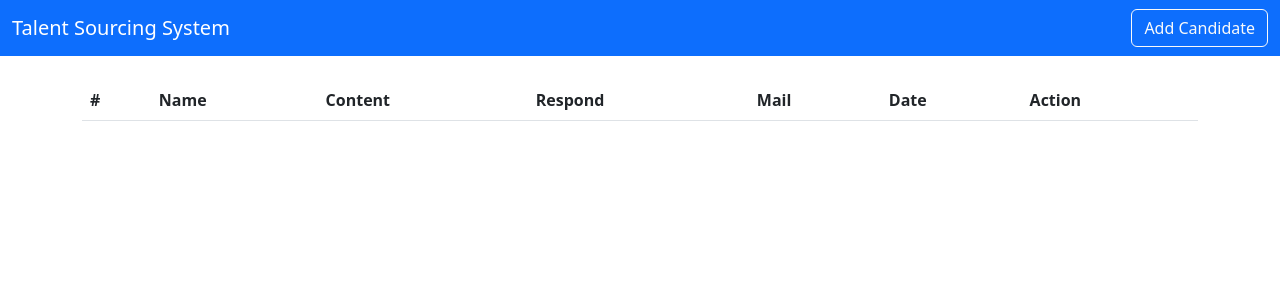
Repository: mfd10/talent-sourcing-system-frontend
Page: /
These files come from the project's save history. The page is drawn as it stood at one moment and after the next save; the edit follows.
The browser window is 1280 px wide. The pictures show the whole page.
The page's requests for data from a server got no answer. The project was rebuilt for these pictures with package versions that can differ from the ones it lists, and the page was loaded fresh each time. No one was signed in, and anything a server would have sent is missing. Also part of the build but not shown: src/users/AddCandidates.js.

Above is the page before, as saved 2022-11-12 16:24:17.

### src/index.js
import React from 'react';
import ReactDOM from 'react-dom/client';
import App from './App';
import reportWebVitals from './reportWebVitals';

const cors = require('cors');
const corsOptions ={
    origin:'http://localhost:3000',
    credentials:true,            //access-control-allow-credentials:true
    optionSuccessStatus:200
}

const root = ReactDOM.createRoot(document.getElementById('root'));
root.render(
  <React.StrictMode>
    <App />
  </React.StrictMode>
);

// If you want to start measuring performance in your app, pass a function
// to log results (for example: reportWebVitals(console.log))
// or send to an analytics endpoint. Learn more: https://bit.ly/CRA-vitals
reportWebVitals();
App.use(cors(corsOptions));

### src/App.js
import "../node_modules/bootstrap/dist/css/bootstrap.min.css";
import Navbar from "./layout/Navbar";
import Home from "./pages/Home";
import { BrowserRouter as Router, Routes, Route } from "react-router-dom";
import AddCandidates from "./users/AddCandidates";

function App() {
  return (
    <div className="App">
      <Router>
        <Navbar></Navbar>
        <Routes>
          <Route exact path="/" element={<Home /> }></Route>
          <Route exact path="/addcandidate" element={<AddCandidates /> }></Route>
        </Routes>
      </Router>
    </div>
  );
}

export default App;

### src/layout/Navbar.js
import React from "react";
import  { Link } from "react-router-dom";

export default function Navbar() {
  return (
    <div>
      <nav className="navbar navbar-expand-lg navbar-dark bg-primary">
        <div className="container-fluid">
          <a href="/#" className="navbar-brand" >
            Talent Sourcing System
          </a>
          <button
            className="navbar-toggler"
            type="button"
            data-bs-toggle="collapse"
            data-bs-target="#navbarSupportedContent"
            aria-controls="navbarSupportedContent"
            aria-expanded="false"
            aria-label="Toggle navigation"
          >
            <span className="navbar-toggler-icon"></span>
          </button>
          <Link className="btn btn-outline-light" to="/addcandidate">Add Candidate
          </Link>
        </div>
      </nav>
    </div>
  );
}

### src/pages/Home.js
import React, { useEffect, useState } from "react";
import axios from "axios";

export default function Home() {
  const [candidates, setCandidates] = useState([]);

  useEffect(() => {
    loadCandidates();
  },[]);

  const loadCandidates = async () => {
    const result = await axios.get("http://localhost:8080/candidate/candidates");
    setCandidates(result.data);
  };

  return (
    <div className="container">
      <div className="py-4">
        <table className="table table-striped ">
          <thead>
            <tr>
              <th scope="col">#</th>
              <th scope="col">Name</th>
              <th scope="col">Content</th>
              <th scope="col">Respond</th>
              <th scope="col">Mail</th>
              <th scope="col">Date</th>
              <th scope="col">Action</th>
            </tr>
          </thead>
          <tbody>
           {
            candidates.map((candidate, index)=>(
              <tr>
              <th scope="row" key={index}>{index+1}</th>
              <td>{candidate.name}</td>
              <td>{candidate.content}</td>
              <td>{candidate.candidate_responded}</td>
              <td>{candidate.mail}</td>
              {/* TODO: Date Tarih gösterimi düzeltilecek */}
              <td>{candidate.date}</td>
              <td>
                <button className="btn btn-primary mx-3">View</button>
                <button className="btn btn-outline-primary mx-3">Edit</button>
                <button className="btn btn-danger mx-2">Delete</button>
              </td>
            </tr>
            ))
           }
          </tbody>
        </table>
      </div>
    </div>
  );
}

Loaded but not shown: public/index.html (common file); src/reportWebVitals.js (common file)

After the next save:
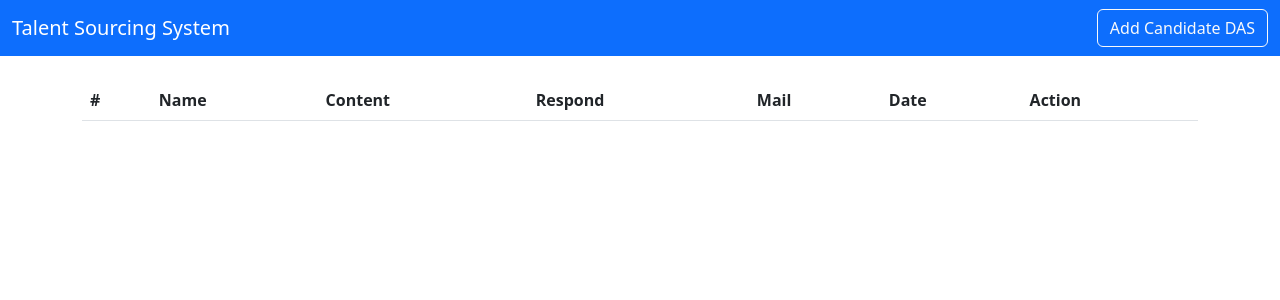
Saved 111 s later.
--- a/src/layout/Navbar.js
+++ b/src/layout/Navbar.js
@@ -1,12 +1,12 @@
 import React from "react";
-import  { Link } from "react-router-dom";
+import { Link } from "react-router-dom";
 
 export default function Navbar() {
   return (
     <div>
       <nav className="navbar navbar-expand-lg navbar-dark bg-primary">
         <div className="container-fluid">
-          <a href="/#" className="navbar-brand" >
+          <a href="/#" className="navbar-brand">
             Talent Sourcing System
           </a>
           <button
@@ -20,7 +20,8 @@
           >
             <span className="navbar-toggler-icon"></span>
           </button>
-          <Link className="btn btn-outline-light" to="/addcandidate">Add Candidate
+          <Link className="btn btn-outline-light" to="/addcandidate">
+            Add Candidate DAS
           </Link>
         </div>
       </nav>

After the save that followed:
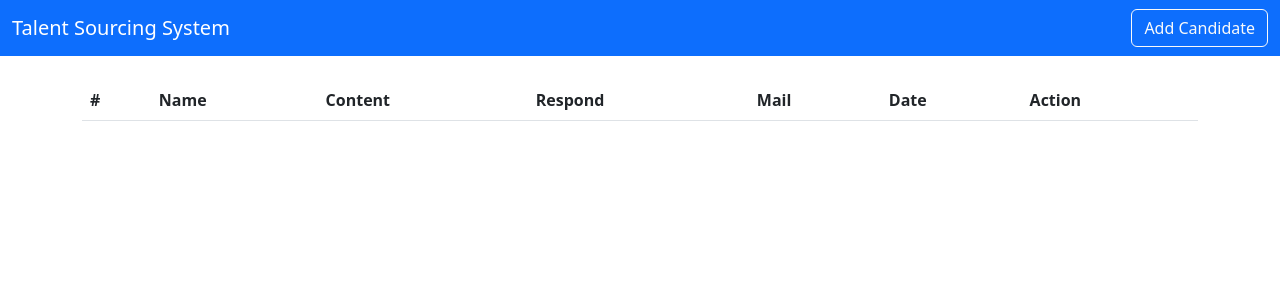
Saved 14 s later.
--- a/src/layout/Navbar.js
+++ b/src/layout/Navbar.js
@@ -21,7 +21,7 @@
             <span className="navbar-toggler-icon"></span>
           </button>
           <Link className="btn btn-outline-light" to="/addcandidate">
-            Add Candidate DAS
+            Add Candidate
           </Link>
         </div>
       </nav>
